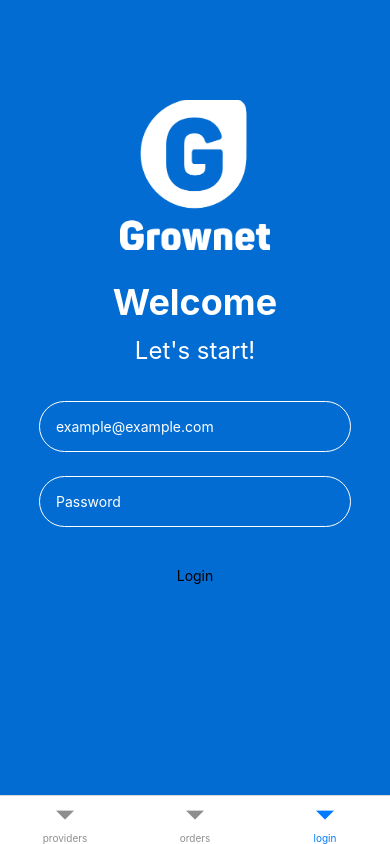
Repository: grownet-App/grownetAll
Screen: / (app in grownet-app/)
An editor plug-in stored every save of this project. The screen is shown before and after a run of saves, followed by the edit.
The app was drawn by React Native's web renderer in a window 390 px wide. The project was rebuilt for these pictures with package versions that can differ from the ones it lists, and the page was loaded fresh each time. Also part of the build but not shown: grownet-app/screens/orders.js, grownet-app/screens/providers.js.

Above is the screen before, as saved 2023-07-05 18:12:59.

After the next 2 saves:
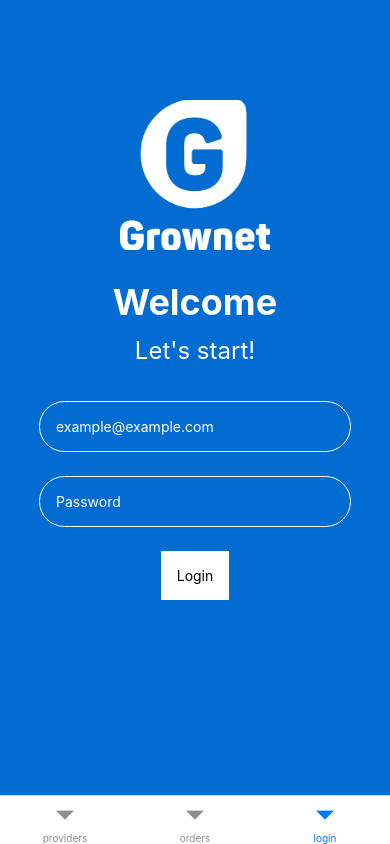
The 2 saves are shown as one change because 1 did not build or start.
The last was saved 16 s later.
--- a/grownet-app/screens/loginPage.js
+++ b/grownet-app/screens/loginPage.js
@@ -29,7 +29,8 @@
 
 const styles = StyleSheet.create({
   btnPrimary:{
-    padding:16
+    padding:16,
+    backgroundColor: 'white'
   },
   container: {
     flex: 1,
